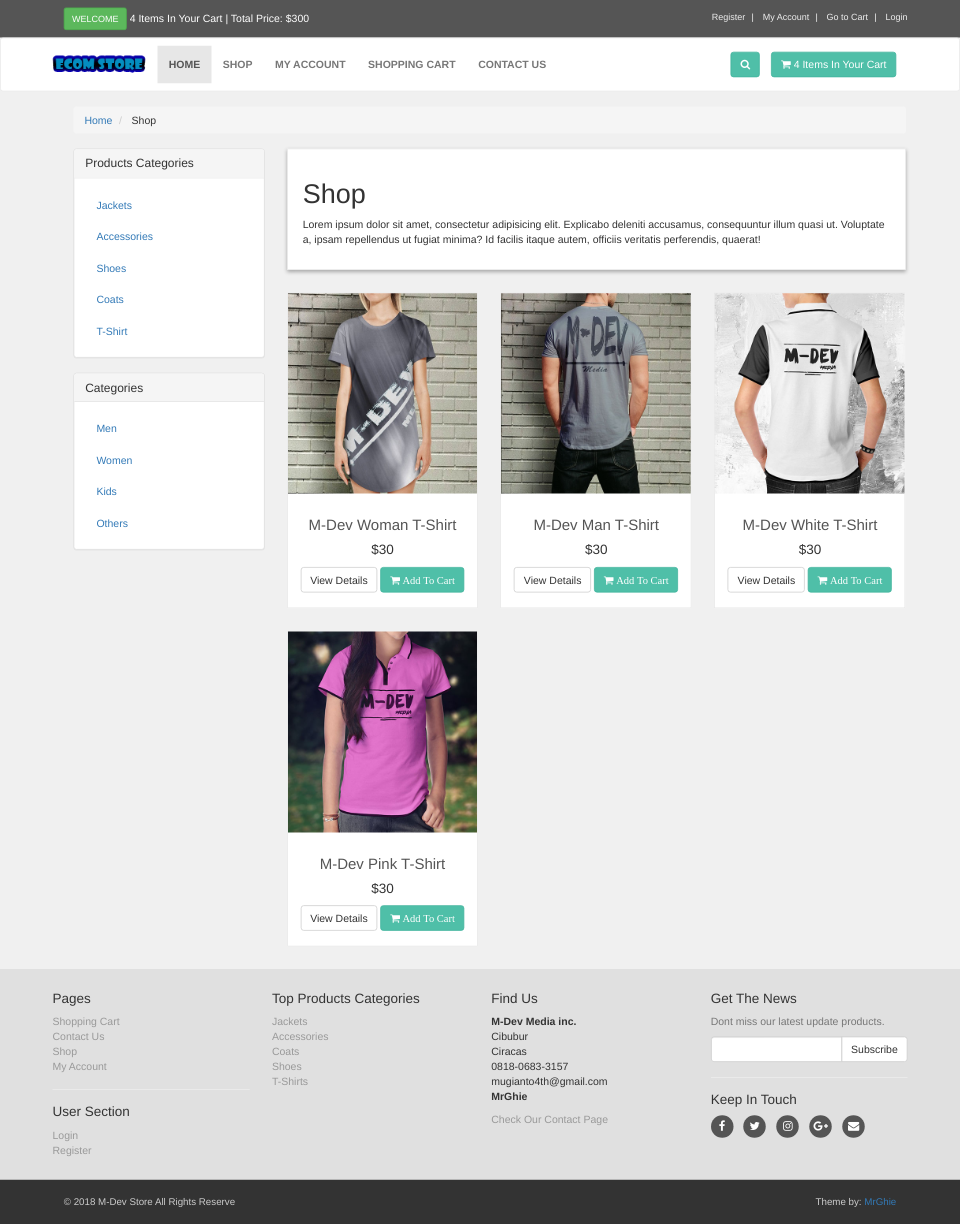
Repository: truonghuynhquy/M_Dev_Store
Page: http://localhost/shop.php
These files come from the project's save history. The page is drawn as it stood at one moment and after the next save; the edit follows.
The browser window is 1280 px wide. The pictures show the whole page, at 75% of full size.
The page is run by PHP 8.4 with error messages shown; the project is at /var/www/html/.

Above is the page before, as saved 2022-09-25 21:25:10.

### shop.php
<!DOCTYPE html>
<html lang="en">

<head>
    <meta charset="UTF-8">
    <meta http-equiv="X-UA-Compatible" content="IE=edge">
    <meta name="viewport" content="width=device-width, initial-scale=1.0">
    <title>M-Dev Shop</title>
    <link rel="stylesheet" href="styles/bootstrap-337.min.css">
    <link rel="stylesheet" href="styles/style.css">
    <link rel="stylesheet" href="font-awsome/css/font-awesome.min.css">
</head>

<body>
    <div id="top">
        <!--  Top:     Begin  -->

        <div class="container">
            <!--  Container:     Begin  -->
            <div class="col-md-6 offer">
                <!--  col-md-6 offer:     Begin  -->
                <a href="#" class="btn btn-success btn-sm">Welcome</a>
                <a href="checkout.php">4 Items In Your Cart | Total Price: $300</a>
            </div><!--  col-md-6:     Finish  -->

            <div class="col md-6">
                <!--  col-md-6:     Begin  -->

                <ul class="menu">
                    <!--  menu:     Begin  -->
                    <li>
                        <a href="customer_register.php">Register</a>
                    </li>
                    <li>
                        <a href="checkout.php">My Account</a>
                    </li>
                    <li>
                        <a href="cart.php">Go to Cart</a>
                    </li>
                    <li>
                        <a href="checkout.php">Login</a>
                    </li>

                </ul><!--  menu:     Finish  -->

            </div><!--  col-md-6:     Finish  -->

        </div><!--  Container:     Finish  -->

    </div><!--  Top:    Finish  -->

    <div id="navbar" class="navbar navbar-default">
        <!--  navbar navbar-default:    Begin  -->

        <div class="container">
            <!--  container:    Begin  -->

            <div class="nav-header">
                <!--  nav-header:    Begin  -->

                <a href="index.php" class="navbar-brand home">
                    <!-- navbar-brand home Begin -->

                    <img src="images/ecom-store-logo.png" alt="M-dev-Store Logo" class="hidden-xs">
                    <img src="images/ecom-store-logo-mobile.png" alt="M-dev-Store Logo Mobile" class="visible-xs">

                </a><!-- navbar-brand home Finish -->

                <button class="navbar-toggle" data-toggle="collapse" data-target="#navigation">

                    <span class="sr-only">Toggle navigation</span>

                    <i class="fa fa-align-justify"></i>

                </button>

                <button class="navbar-toggle" data-toggle="collapse" data-target="#search">

                    <span class="sr-only">Toggle Search</span>

                    <i class="fa fa-search"></i>

                </button>

            </div><!--  nav-header:    Finish  -->

            <div class="collapse navbar-collapse" id="navigation">
                <!-- navbar-collapse collapse Begin -->

                <div class="padding-nav">
                    <!-- padding-nav Begin -->

                    <ul class="nav navbar-nav left">
                        <!-- nav navbar-nav left Begin -->

                        <li class="active">
                            <a href="index.php">Home</a>
                        </li>
                        <li>
                            <a href="shop.php">Shop</a>
                        </li>
                        <li>
                            <a href="checkout.php">My Account</a>
                        </li>
                        <li>
                            <a href="cart.php">Shopping Cart</a>
                        </li>
                        <li>
                            <a href="contact.php">Contact Us</a>
                        </li>

                    </ul><!-- nav navbar-nav left Finish -->

                </div><!-- padding-nav Finish -->

                <a href="cart.php" class="btn navbar-btn btn-primary right">

                    <!-- btn navbar-btn btn-primary Begin -->

                    <i class="fa fa-shopping-cart"></i>

                    <span>4 Items In Your Cart</span>

                </a><!-- btn navbar-btn btn-primary Finish -->

                <div class="navbar-collapse collapse right">
                    <!-- navbar-collapse collapse right Begin -->

                    <button class="btn btn-primary navbar-btn" type="button" data-toggle="collapse" data-target="#search">
                        <!-- btn btn-primary navbar-btn Begin -->

                        <span class="sr-only">Toggle Search</span>

                        <i class="fa fa-search"></i>

                </div><!-- navbar-collapse collapse right Finish -->

                <div class="collapse clearfix" id="search">
                    <!-- collapse clearfix Begin -->

                    <form method="get" action="results.php" class="navbar-form">
                        <!-- navbar-form Begin -->

                        <div class="input-group">
                            <!-- input-group Begin -->

                            <input type="text" class="form-control" placeholder="Search" name="user_query" required>

                            <span class="input-group-btn">
                                <!-- input-group-btn Begin -->

                                <button type="submit" name="search" value="Search" class="btn btn-primary">
                                    <!-- btn btn-primary Begin -->

                                    <i class="fa fa-search"></i>

                                </button><!-- btn btn-primary Finish -->

                            </span><!-- input-group-btn Finish -->

                        </div><!-- input-group Finish -->

                    </form><!-- navbar-form Finish -->

                </div><!-- collapse clearfix Finish -->

            </div><!-- navbar-collapse collapse Finish -->

        </div><!--  container:    Finish  -->

    </div><!--  navbar navbar-default:    Finish  -->

    <div id="content">
        <!-- #content Begin -->

        <div class="container">
            <!-- container Begin -->

            <div class="col-md-12">
                <!-- col-md-12 Begin -->

                <ul class="breadcrumb">
                    <!-- breadcrumb Begin -->

                    <li>
                        <a href="index.php">Home</a>
                    </li>
                    <li>
                        Shop
                    </li>

                </ul><!-- breadcrumb Finish -->

            </div><!-- col-md-12 Finish  -->

            <div class="col-md-3">
                <!-- col-md-3 Begin -->

                <?php

                include("includes/sidebar.php");
                ?>

            </div><!-- col-md-3 Finish -->

            <div class="col-md-9">
                <!-- col-md-9 Begin -->

                <div class="box">
                    <!-- box Begin -->

                    <h1>Shop</h1>
                    <p>
                        Lorem ipsum dolor sit amet, consectetur adipisicing elit. Explicabo deleniti accusamus, consequuntur illum quasi ut. Voluptate a, ipsam repellendus ut fugiat minima? Id facilis itaque autem, officiis veritatis perferendis, quaerat!
                    </p>

                </div><!-- box Finish -->

                <div class="row">
                    <!-- row Begin -->

                    <div class="col-md-4 col-sm-6 center-responsive">
                        <!-- col-md-4 col-sm-6 center-responsive Begin -->

                        <div class="product">
                            <!-- product Begin -->

                            <a href="details.php">

                                <img class="img-responsive" src="admin_area/product_images/product-1.jpg" alt="Product 1">

                            </a>

                            <div class="text">
                                <!-- text Begin -->

                                <h3>
                                    <a href="details.php">
                                        M-Dev Woman T-Shirt
                                    </a>
                                </h3>

                                <p class="price">$30</p>

                                <p class="button">

                                    <a href="details.php" class="btn btn-default">View Details</a>

                                    <a href="details.php" class="btn btn-primary">

                                        <i class="fa fa-shopping-cart">
                                            Add To Cart
                                        </i>

                                    </a>

                                </p>

                            </div><!-- text Finish -->

                        </div><!-- product Finish -->

                    </div><!-- col-md-4 col-sm-6 center-responsive Finish -->

                    <div class="col-md-4 col-sm-6 center-responsive">
                        <!-- col-md-4 col-sm-6 center-responsive Begin -->

                        <div class="product">
                            <!-- product Begin -->

                            <a href="details.php">

                                <img class="img-responsive" src="admin_area/product_images/product-2.jpg" alt="Product 2">

                            </a>

                            <div class="text">
                                <!-- text Begin -->

                                <h3>
                                    <a href="details.php">
                                        M-Dev Man T-Shirt
                                    </a>
                                </h3>

                                <p class="price">$30</p>

                                <p class="button">

                                    <a href="details.php" class="btn btn-default">View Details</a>

                                    <a href="details.php" class="btn btn-primary">

                                        <i class="fa fa-shopping-cart">
                                            Add To Cart
                                        </i>

                                    </a>

                                </p>

                            </div><!-- text Finish -->

                        </div><!-- product Finish -->

                    </div><!-- col-md-4 col-sm-6 center-responsive Finish -->

                    <div class="col-md-4 col-sm-6 center-responsive">
                        <!-- col-md-4 col-sm-6 center-responsive Begin -->

                        <div class="product">
                            <!-- product Begin -->

                            <a href="details.php">

                                <img class="img-responsive" src="admin_area/product_images/Product-3b.jpg" alt="Product 3b">

                            </a>

                            <div class="text">
                                <!-- text Begin -->

                                <h3>
                                    <a href="details.php">
                                        M-Dev White T-Shirt
                                    </a>
                                </h3>

                                <p class="price">$30</p>

                                <p class="button">

                                    <a href="details.php" class="btn btn-default">View Details</a>

                                    <a href="details.php" class="btn btn-primary">

                                        <i class="fa fa-shopping-cart">
                                            Add To Cart
                                        </i>

                                    </a>

                                </p>

                            </div><!-- text Finish -->

                        </div><!-- product Finish -->

                    </div><!-- col-md-4 col-sm-6 center-responsive Finish -->

                    <div class="col-md-4 col-sm-6 center-responsive">
                        <!-- col-md-4 col-sm-6 center-responsive Begin -->

                        <div class="product">
                            <!-- product Begin -->

                            <a href="details.php">

                                <img class="img-responsive" src="admin_area/product_images/Product-4a.jpg" alt="Product 4a">

                            </a>

                            <div class="text">
                                <!-- text Begin -->

                                <h3>
                                    <a href="details.php">
                                        M-Dev Pink T-Shirt
                                    </a>
                                </h3>

                                <p class="price">$30</p>

                                <p class="button">

                                    <a href="details.php" class="btn btn-default">View Details</a>

                                    <a href="details.php" class="btn btn-primary">

                                        <i class="fa fa-shopping-cart">
                                            Add To Cart
                                        </i>

                                    </a>

                                </p>

                            </div><!-- text Finish -->

                        </div><!-- product Finish -->

                    </div><!-- col-md-4 col-sm-6 center-responsive Finish -->

                </div><!-- row Finish  -->

            </div><!-- col-md-9 Finish -->

        </div><!-- container Finish  -->

    </div> <!-- #content Finish  -->

    <?php

    include("includes/footer.php");

    ?>

    <script src="js/jquery-331.min.js"></script>
    <script src="js/bootstrap-337.min.js"></script>


</body>

</html>

### includes/sidebar.php
<div class="panel panel-default sidebar-menu">
    <!-- panel panel-default sidebar-menu Begin -->

    <div class="panel-heading">
        <!-- panel-heading Begin -->

        <h3 class="panel-title">Products Categories</h3>

    </div><!-- panel-heading Finish -->

    <div class="panel-body">
        <!-- panel-body Begin -->

        <ul class="nav nav-pills nav-stacked category-menu">
            <!-- nav nav-pills nav-stacked category-menu Begin -->

            <li><a href="#">Jackets</a></li>
            <li><a href="#">Accessories</a></li>
            <li><a href="#">Shoes</a></li>
            <li><a href="#">Coats</a></li>
            <li><a href="#">T-Shirt</a></li>

        </ul><!-- nav nav-pills nav-stacked category-menu Finish -->

    </div><!-- panel-body Finish -->

</div><!-- panel panel-default sidebar-menu Finish -->

<div class="panel panel-default sidebar-menu">
    <!-- panel panel-default sidebar-menu Begin -->

    <div class="panel-heading">
        <!-- panel-heading Begin -->

        <h3 class="panel-title">Categories</h3>

    </div><!-- panel-heading Finish -->

    <div class="panel-body">
        <!-- panel-body Begin -->

        <ul class="nav nav-pills nav-stacked category-menu">
            <!-- nav nav-pills nav-stacked category-menu Begin -->

            <li><a href="#">Men</a></li>
            <li><a href="#">Women</a></li>
            <li><a href="#">Kids</a></li>
            <li><a href="#">Others</a></li>

        </ul><!-- nav nav-pills nav-stacked category-menu Finish -->

    </div><!-- panel-body Finish -->

</div><!-- panel panel-default sidebar-menu Finish -->

### includes/footer.php
<div id="footer">
    <!-- #footer Begin -->

    <div class="container">
        <!-- container Begin -->

        <div class="row">
            <!-- row Begin -->

            <div class="col-sm-6 col-md-3">
                <!-- col-sm-6 col-md-3 Begin -->

                <h4>Pages</h4>

                <ul>
                    <!-- ul Begin -->
                    <li><a href="cart.php">Shopping Cart</a></li>
                    <li><a href="contact.php">Contact Us</a></li>
                    <li><a href="shop.php">Shop</a></li>
                    <li><a href="checkout.php">My Account</a></li>
                </ul><!-- ul Finish -->

                <hr>

                <h4>User Section</h4>

                <ul>
                    <!-- ul Begin -->
                    <li><a href="checkout.php">Login</a></li>
                    <li><a href="customer_register.php">Register</a></li>
                </ul><!-- ul Finish -->

                <hr class="hidden-md hidden-lg hidden-sm">

            </div><!-- col-sm-6 col-md-3 Finish -->

            <div class="com-sm-6 col-md-3">
                <!-- col-sm-6 col-md-3 Begin -->

                <h4>Top Products Categories</h4>

                <ul>
                    <!-- ul Begin -->
                    <li><a href="#">Jackets</a></li>
                    <li><a href="#">Accessories</a></li>
                    <li><a href="#">Coats</a></li>
                    <li><a href="#">Shoes</a></li>
                    <li><a href="#">T-Shirts</a></li>
                </ul><!-- ul Finish -->

                <hr class="hidden-md hidden-lg">

            </div><!-- col-sm-6 col-md-3 Finish -->

            <div class="col-sm-6 col-md-3">
                <!-- col-sm-6 col-md-3 Begin -->

                <h4>Find Us</h4>

                <p>
                    <!-- p Start -->

                    <strong>M-Dev Media inc.</strong>
                    <br />Cibubur
                    <br />Ciracas
                    <br />0818-0683-3157
                    <br />mugianto4th@gmail.com
                    <br /><strong>MrGhie</strong>

                </p><!-- p Finish -->

                <a href="contact.php">Check Our Contact Page</a>

                <hr class="hidden-md hidden-lg">

            </div><!-- col-sm-6 col-md-3 Finish -->

            <div class="col-sm-6 col-md-3">

                <h4>Get The News</h4>

                <p class="text-muted">
                    Dont miss our latest update products.
                </p>

                <form action="" method="post">
                    <!-- form begin -->
                    <div class="input-group">
                        <!-- input-group begin -->

                        <input type="text" class="form-control" name="email">

                        <span class="input-group-btn">
                            <!-- input-group-btn begin -->

                            <input type="submit" value="Subscribe" class="btn btn-default">

                        </span><!-- input-group-btn Finish -->

                    </div><!-- input-group Finish -->

                </form><!-- form Finish -->

                <hr>

                <h4>Keep In Touch</h4>

                <p class="social">
                    <a href="#" class="fa fa-facebook"></a>
                    <a href="#" class="fa fa-twitter"></a>
                    <a href="#" class="fa fa-instagram"></a>
                    <a href="#" class="fa fa-google-plus"></a>
                    <a href="#" class="fa fa-envelope"></a>
                </p>

            </div><!-- col-sm-6 col-md-3 Finish -->

        </div><!-- row Finish -->

    </div><!-- container Finish -->

</div><!-- #footer Finish -->

<div id="copyright">
    <!-- #copyright Begin -->

    <div class="container">
        <!-- container Begin -->

        <div class="col-md-6">
            <!-- col-md-6 Begin -->

            <p class="pull-left">&copy; 2018 M-Dev Store All Rights Reserve</p>

        </div><!-- col-md-6 Finish -->

        <div class="col-md-6">
            <!-- col-md-6 Begin -->

            <p class="pull-right">Theme by: <a href="#">MrGhie</a></p>

        </div><!-- col-md-6 Finish -->

    </div><!-- container Finish -->

</div><!-- #copyright Finish -->

Loaded but not shown: styles/bootstrap-337.min.css (library); font-awsome/css/font-awesome.min.css (library); js/jquery-331.min.js (library); js/bootstrap-337.min.js (library); styles/style.css (256 lines, source omitted)

After the next save:
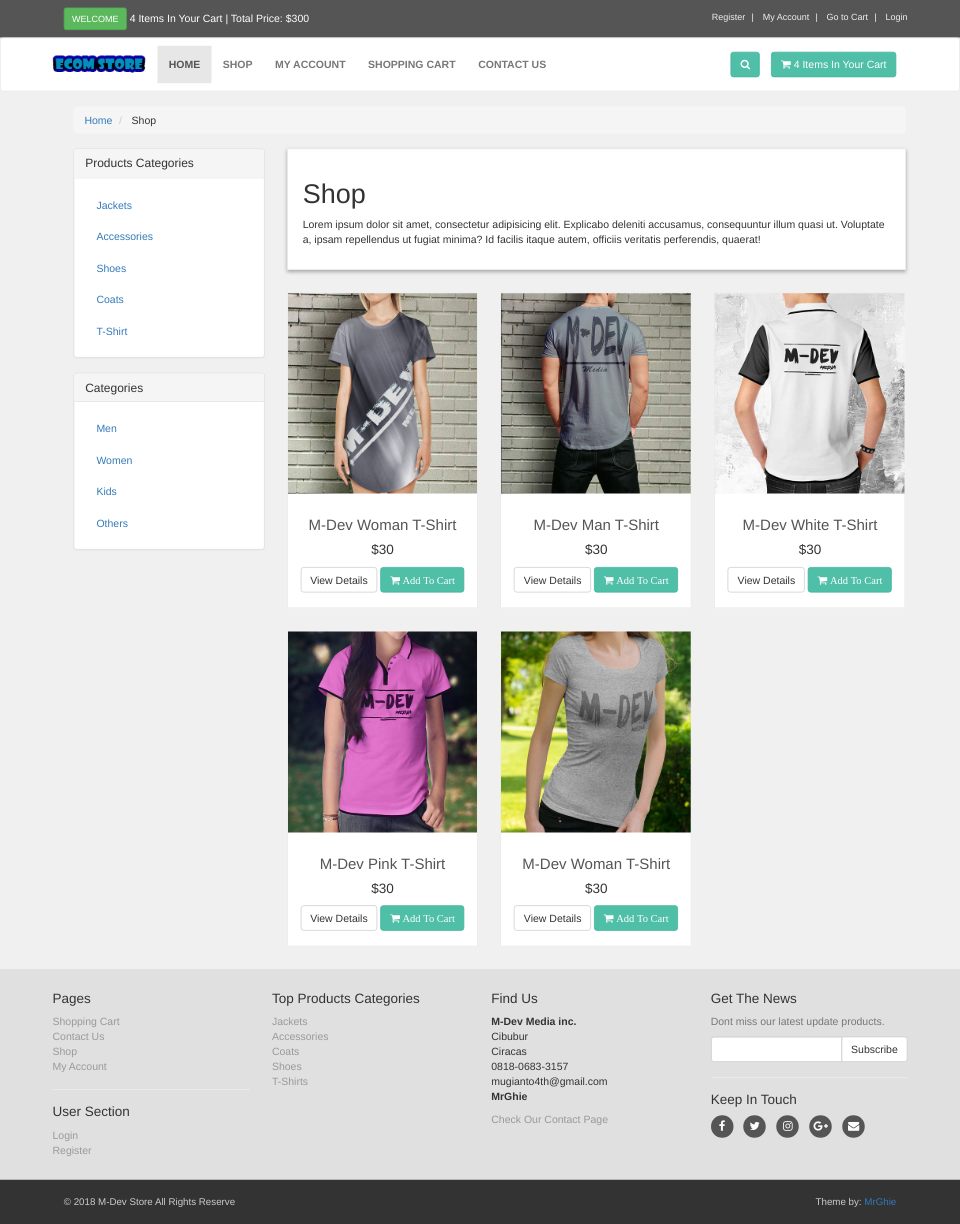
Saved 24 s later.
--- a/shop.php
+++ b/shop.php
@@ -391,6 +391,49 @@
 
                     </div><!-- col-md-4 col-sm-6 center-responsive Finish -->
 
+                    <div class="col-md-4 col-sm-6 center-responsive">
+                        <!-- col-md-4 col-sm-6 center-responsive Begin -->
+
+                        <div class="product">
+                            <!-- product Begin -->
+
+                            <a href="details.php">
+
+                                <img class="img-responsive" src="admin_area/product_images/Product-5a.jpg" alt="Product 1">
+
+                            </a>
+
+                            <div class="text">
+                                <!-- text Begin -->
+
+                                <h3>
+                                    <a href="details.php">
+                                        M-Dev Woman T-Shirt
+                                    </a>
+                                </h3>
+
+                                <p class="price">$30</p>
+
+                                <p class="button">
+
+                                    <a href="details.php" class="btn btn-default">View Details</a>
+
+                                    <a href="details.php" class="btn btn-primary">
+
+                                        <i class="fa fa-shopping-cart">
+                                            Add To Cart
+                                        </i>
+
+                                    </a>
+
+                                </p>
+
+                            </div><!-- text Finish -->
+
+                        </div><!-- product Finish -->
+
+                    </div><!-- col-md-4 col-sm-6 center-responsive Finish -->
+
                 </div><!-- row Finish  -->
 
             </div><!-- col-md-9 Finish -->
